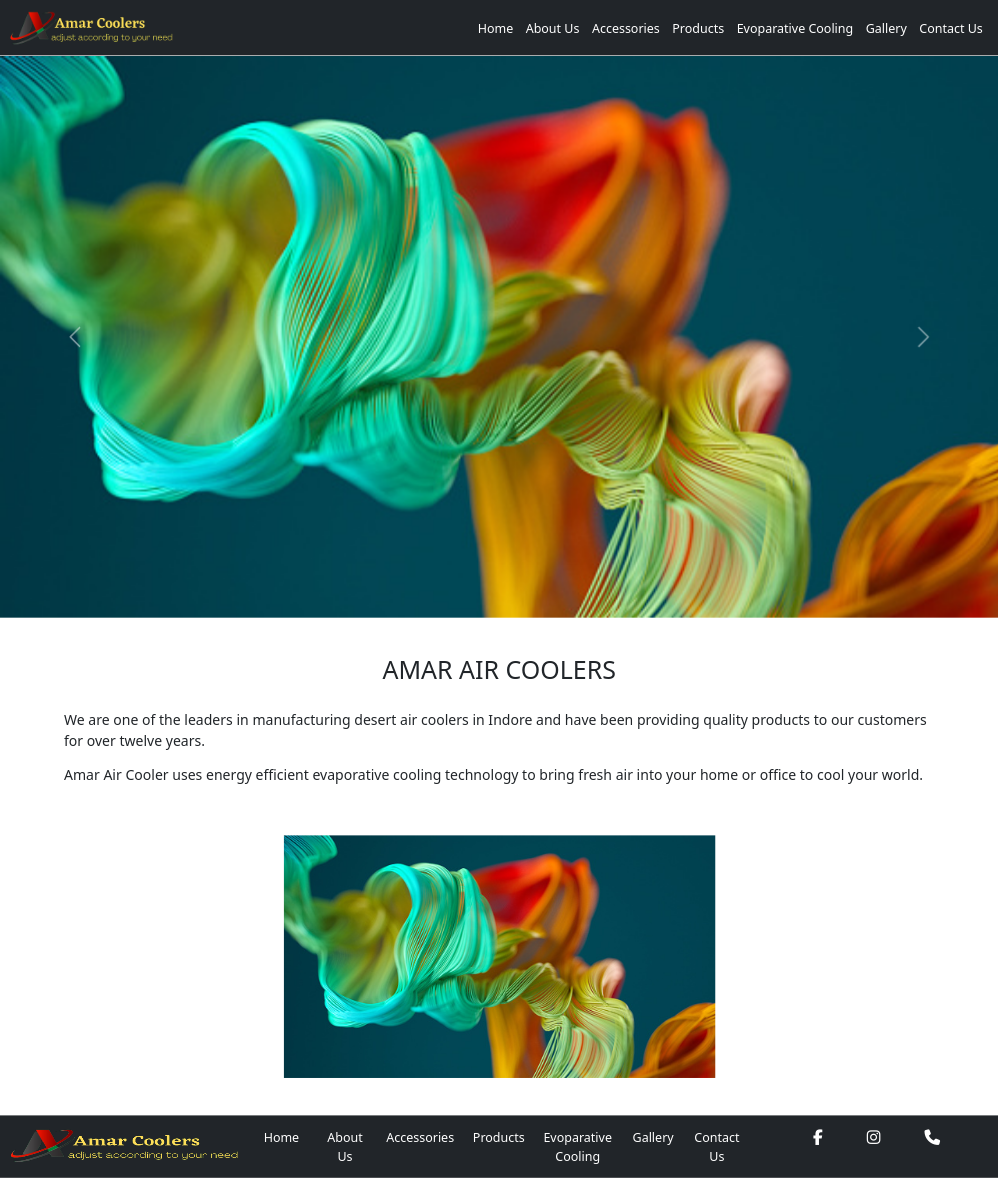
Repository: dhavalmaniyar/divakar
Page: http://localhost/
These files come from the project's save history. The page is drawn as it stood at one moment and after the next save; the edit follows.
The browser window is 1280 px wide. The pictures show the whole page, at 78% of full size.
Some web libraries are served in a nearby version. The page is served by the project's application, run on Django 3.2 (divakar_app/manage.py). Other server files are loaded and not shown.

Above is the page before, as saved 2021-12-08 16:33:36.

### divakar_app/templates/index.html
{% extends "base.html" %}
{% load static %}
{%block body%}
<br><br><br>
{% if messages %}
{% for message in messages  %}
<div style="position: absolute; top:12%; z-index: 1000;" class="alert alert-success" role="alert">
    {{message}}
</div>
{% endfor %}
{% endif %}
<div id="carouselExampleInterval" class="carousel slide" data-bs-ride="carousel">
  <div class="carousel-inner">
    <div class="carousel-item active" data-bs-interval="2000">
      <img src="{%static '/images/landingpage.jpg'%}" class="d-block w-100" alt="">
    </div>
    <div class="carousel-item" data-bs-interval="2000">
      <img src="{%static '/images/landingpage.jpg'%}" class="d-block w-100" alt="">
    </div>
    <div class="carousel-item">
      <img src="{%static '/images/landingpage.jpg'%}" class="d-block w-100" alt="">
    </div>
  </div>
  <button class="carousel-control-prev" type="button" data-bs-target="#carouselExampleInterval" data-bs-slide="prev">
    <span class="carousel-control-prev-icon" aria-hidden="true"></span>
    <span class="visually-hidden">Previous</span>
  </button>
  <button class="carousel-control-next" type="button" data-bs-target="#carouselExampleInterval" data-bs-slide="next">
    <span class="carousel-control-next-icon" aria-hidden="true"></span>
    <span class="visually-hidden">Next</span>
  </button>
</div>
<br><br>
<h2 class="text-center">AMAR AIR COOLERS</h2><br>
<div class="container">
  <p class="content">
    We are one of the leaders in manufacturing desert air coolers in Indore and have
    been providing quality products to our customers for over twelve years.

  </p>
  <p class="content">
    Amar Air Cooler uses energy efficient evaporative cooling technology to bring fresh
    air into your home or office to cool your world.
  </p>
  <br><br>
  <div>
    <img src="{%static '/images/landingpage.jpg'%}" class="img-fluid d-block mx-auto" alt="...">
  </div>
</div>
{%endblock body%}

### divakar_app/templates/base.html
{% load static %}
<!DOCTYPE html>
<html lang="en">

<head>
    <meta charset="UTF-8">
    <meta http-equiv="X-UA-Compatible" content="IE=edge">
    <meta name="viewport" content="width=device-width, initial-scale=1.0">
    <link rel="stylesheet" href="{%static '/css/bootstrap.css'%}">
    <script src="{%static '/js/bootstrap.js'%}"></script>
    <script src="https://ajax.googleapis.com/ajax/libs/jquery/3.5.1/jquery.min.js"></script>
    <script src='https://kit.fontawesome.com/a076d05399.js'></script>
    <title>Amar Coolers</title>
</head>
<style>
 .navbar{
     position: absolute;
     right: 0;
     left: 0;
     top: 0;
     z-index: 100;
      }
      .content{
          font-size: large;
      }
      .social{
            text-decoration: none;
            color: white;
        }
        .social:hover{
            color: white;
        }

</style>

<body>
    <nav class="navbar navbar-expand-lg navbar-dark bg-dark">
        <div class="container-fluid">
            <a class="navbar-brand" href="#">
                <img src="{%static '/images/amarlogo.png'%}" alt="" width="100%" height="44"
                    class="d-inline-block align-text-top">
            </a>
            <button class="navbar-toggler" type="button" data-bs-toggle="collapse" data-bs-target="#navbarNavAltMarkup"
                aria-controls="navbarNavAltMarkup" aria-expanded="false" aria-label="Toggle navigation">
                <span class="navbar-toggler-icon"></span>
            </button>
            <div class="collapse navbar-collapse justify-content-end" id="navbarNavAltMarkup">
                <div class="navbar-nav">
                    <a class="nav-link active" href="{%url 'index'%}">Home</a>
                    <a class="nav-link active" href="#">About Us</a>
                    <a class="nav-link active" href="#">Accessories</a>
                    <a class="nav-link active" href="#">Products</a>
                    <a class="nav-link active" href="#">Evoparative Cooling</a>
                    <a class="nav-link active" href="#">Gallery</a>
                    <a class="nav-link active" href="{%url 'contact'%}">Contact Us</a>
                </div>
            </div>
        </div>
    </nav>
    {% block body %}

    {% endblock body %}
    <br><br>
    <div class="row bg-dark mx-0 py-3">
        <div class="col-md-3">
            <img src="{%static '/images/amarlogo.png'%}" alt="" width="100%" height="44"
                    class="d-inline-block align-text-top">
        </div>
        <div class="col-md-6 text-center">
            <div class="row">
                <div class="col-md"><a class="social" href="{%url 'index'%}">Home</a></div>
                <div class="col-md"><a class="social" href="{%url 'index'%}">About Us</a></div>
                <div class="col-md"><a class="social" href="{%url 'index'%}">Accessories</a></div>
                <div class="col-md"><a class="social" href="{%url 'index'%}">Products</a></div>
                <div class="col-md"><a class="social" href="{%url 'index'%}">Evoparative Cooling</a></div>
                <div class="col-md"><a class="social" href="{%url 'index'%}">Gallery</a></div>
                <div class="col-md"><a class="social" href="{%url 'index'%}">Contact Us</a></div>
            </div>

        </div>
        <div class="col-md-3">
            <div class="row">
                <div class="col text-end"><a class="social" href=""><i class="fab fa-facebook-f fa-lg"></i></a></div>
                <div class="col text-center"><a class="social" href=""><i class="fab fa-instagram fa-lg"></i></a></div>
                <div class="col text-start"><a class="social" href=""><i class="fas fa-phone fa-lg"></i></a></div>
            </div>
        </div>
    </div>
</body>

</html>

### divakar_app/amar_coolers/views.py
from django.shortcuts import render,redirect
from django.contrib import messages
from . models import Inquiry;
# Create your views here.
def index(request):
    return render(request,'index.html')

def contact(request):
    return render(request,'contact.html')

def submit(request):
    name=request.POST['name']
    mobile=request.POST['mobile']
    email=request.POST['email']
    inquiry=request.POST['inquiry']
    # pay=request.POST['pay']
    # need=request.POST['need']
    data=Inquiry(name=name,mobile=mobile,email=email,inquiry=inquiry)
    data.save()
    subject = 'Free Consultation Inquiry'
    # emailmessage = 'name: '+name+'\nmobile: '+mobile+'\nemail: '+email+'\nInquiry: '+inquiry+'\nRequirements: '+need
    messages.success(request,'Thank You, we will contact you soon')
    # render(request,'consulting.html',{'message':"Thank You, we will contact you soon"})
    return redirect('index')

### divakar_app/divakar_app/urls.py
"""divakar_app URL Configuration

The `urlpatterns` list routes URLs to views. For more information please see:
    https://docs.djangoproject.com/en/3.1/topics/http/urls/
Examples:
Function views
    1. Add an import:  from my_app import views
    2. Add a URL to urlpatterns:  path('', views.home, name='home')
Class-based views
    1. Add an import:  from other_app.views import Home
    2. Add a URL to urlpatterns:  path('', Home.as_view(), name='home')
Including another URLconf
    1. Import the include() function: from django.urls import include, path
    2. Add a URL to urlpatterns:  path('blog/', include('blog.urls'))
"""
from django.contrib import admin
from django.urls import path
from django.urls.conf import include

urlpatterns = [
    path('',include('amar_coolers.urls')),
    path('admin/', admin.site.urls),
]

### divakar_app/amar_coolers/urls.py
from django.contrib import admin
from django.urls import path
from . import views
urlpatterns = [
    path('',views.index,name='index'),
    path('contactus',views.contact,name="contact"),
    path('submit',views.submit,name='submit'),
]

Loaded but not shown: divakar_app/static/css/bootstrap.css (library); divakar_app/static/js/bootstrap.js (library)

After the next save:
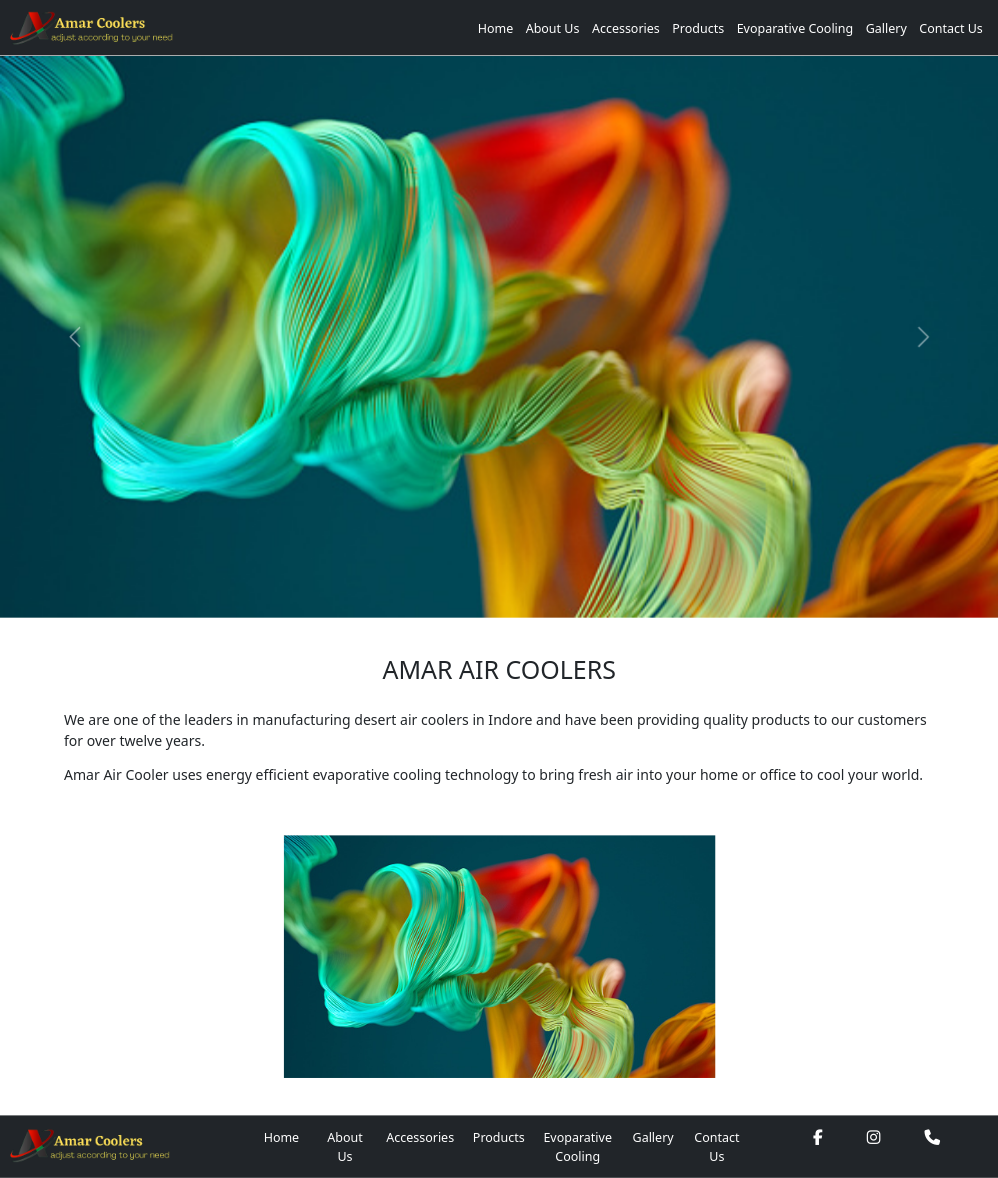
Saved 3 min 13 s later.
--- a/divakar_app/templates/base.html
+++ b/divakar_app/templates/base.html
@@ -63,7 +63,7 @@
     <br><br>
     <div class="row bg-dark mx-0 py-3">
         <div class="col-md-3">
-            <img src="{%static '/images/amarlogo.png'%}" alt="" width="100%" height="44"
+            <img src="{%static '/images/amarlogo.png'%}" alt="" width="70%" height="44"
                     class="d-inline-block align-text-top">
         </div>
         <div class="col-md-6 text-center">
